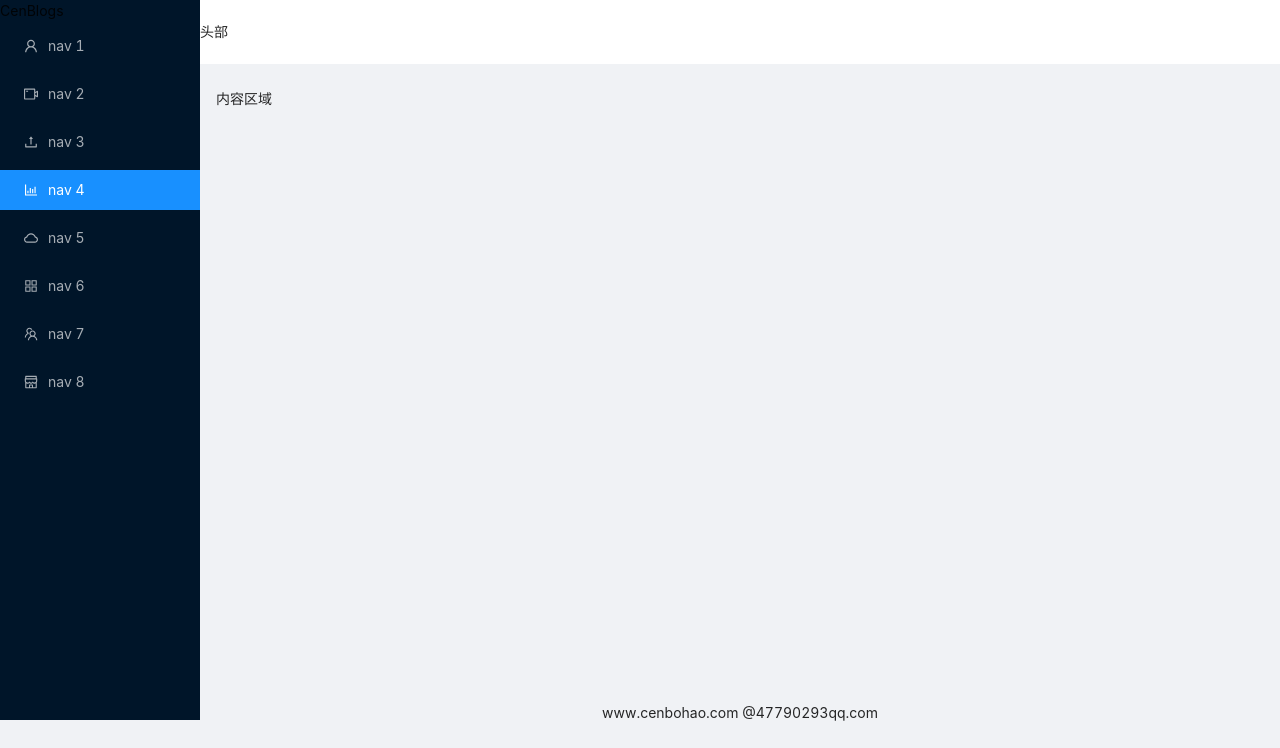
Repository: CBH20010703/BlogsAntd
Page: /
The author's editor kept a copy of each file at every save. The page is drawn from the files as they stood at one save, then again after the next save.
The browser window is 1280 px wide. The pictures show the whole page.
The project was rebuilt for these pictures with package versions that can differ from the ones it lists, and the page was loaded fresh each time. Also part of the build but not shown: src/view/Home/Home.css, src/view/404/Error.jsx.

Above is the page before, as saved 2021-06-20 22:45:53.

### src/index.js
import React from 'react';
import ReactDOM from 'react-dom';
import './index.css';
import App from './App';



ReactDOM.render(<App />,document.getElementById('root'));

### src/App.js
import './App.css';
import { React, Component } from "react";
import Headers from './component/Header/Headers';
import MenuList from './component/Menu/MenuList';
import Footers from './component/Footer/Footers';
import RouterMap from './router/RouterMap';
import { Layout} from 'antd';

const {  Content, Sider } = Layout;
export default class  App extends Component {
  constructor(props) {
    super(props);
    this.state = {  collapsed: false, }
  }
   toggle = () => {
    this.setState({
      collapsed: !this.state.collapsed,
    });
  };
  render() {
    return (
      <Layout>
    <Sider
      style={{
        overflow: 'auto',
        height: '100vh',
        position: 'fixed',
        left: 0,
      }}
    >
       <MenuList/>
    </Sider>
    <Layout className="site-layout" style={{ marginLeft: 200 }}>
      <Headers></Headers>
     <Content style={{ margin: '24px 16px 0', overflow: 'initial',height:"82vh" }}>
          <RouterMap />
      </Content>
      <Footers/>
    </Layout>
  </Layout>
    );
  }
}

### src/component/Header/Headers.jsx
import React, { Component } from 'react'
import { Layout } from 'antd';
import "./Headers.css"
const { Header } = Layout;
export default class Headers extends Component {
    render() {
        return (
            <div>
                <Header className="site-layout-background" style={{ padding: 0 }} > 头部</Header>
            </div>
        )
    }
}

### src/component/Menu/MenuList.jsx
import React, { Component } from 'react'
import { Menu } from 'antd';
import {
  AppstoreOutlined,
  BarChartOutlined,
  CloudOutlined,
  ShopOutlined,
  TeamOutlined,
  UserOutlined,
  UploadOutlined,
  VideoCameraOutlined,
} from '@ant-design/icons';
export default class MenuList extends Component {
    render() {
        return (
            <div>
          <div className="logo" >
            CenBlogs
          </div>
      <Menu theme="dark" mode="inline" defaultSelectedKeys={['4']}>
        <Menu.Item key="1" icon={<UserOutlined />}>
          nav 1
        </Menu.Item>
        <Menu.Item key="2" icon={<VideoCameraOutlined />}>
          nav 2
        </Menu.Item>
        <Menu.Item key="3" icon={<UploadOutlined />}>
          nav 3
        </Menu.Item>
        <Menu.Item key="4" icon={<BarChartOutlined />}>
          nav 4
        </Menu.Item>
        <Menu.Item key="5" icon={<CloudOutlined />}>
          nav 5
        </Menu.Item>
        <Menu.Item key="6" icon={<AppstoreOutlined />}>
          nav 6
        </Menu.Item>
        <Menu.Item key="7" icon={<TeamOutlined />}>
          nav 7
        </Menu.Item>
        <Menu.Item key="8" icon={<ShopOutlined />}>
          nav 8
        </Menu.Item>
      </Menu>
            </div>
        )
    }
}

### src/component/Footer/Footers.jsx
import React, { Component } from 'react'
import { Layout } from 'antd';
const {  Footer } = Layout;
export default class Footers extends Component {
    render() {
        return (
            <div>
               <Footer style={{ textAlign: 'center' }}>www.cenbohao.com @47790293qq.com</Footer>
            </div>
        )
    }
}

### src/router/RouterMap.js
import React from 'react'
import { HashRouter, Route, Switch} from 'react-router-dom'
import Home from "../view/Home/Home.jsx";
import Error from "../view/404/Error.jsx";
export default class RouterMap  extends React.Component {
    updateHandle() {
        console.log('每次router变化之后都会触发')
    }
    render() {
        return (
            <HashRouter>
                <Switch>
                    <Route exact path="/" component={Home} />
                    <Route  path="*" component={Error} />
               </Switch>
            </HashRouter>
        )
    }
}

### src/component/Header/Headers.css
.site-layout .site-layout-background {
    background: #fff;
}

 .trigger {
    padding: 0 24px;
    font-size: 18px;
    line-height: 64px;
    cursor: pointer;
    transition: color 0.3s;
}

 .trigger:hover {
    color: #1890ff;
}

### src/view/Home/Home.jsx
import React, { Component } from 'react'
import "./Home.css"
export default class Home extends Component {
      handleClick = e => {
    console.log('click ', e);
  };
    render() {
        return (
            <div >
                内容区域
            </div>
        )
    }
}

Loaded but not shown: public/index.html (common file); src/index.css (common file); src/App.css (common file)

After the next save:
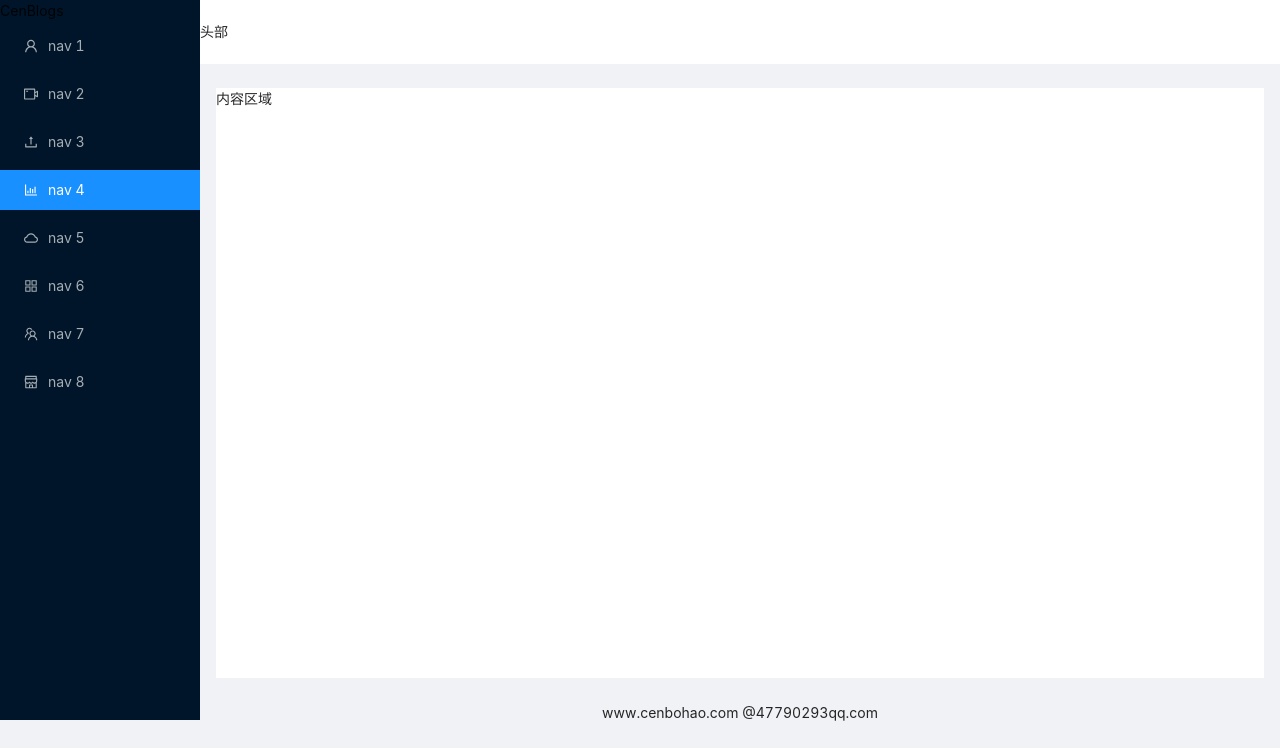
Saved 18 s later.
--- a/src/App.js
+++ b/src/App.js
@@ -32,7 +32,7 @@
     </Sider>
     <Layout className="site-layout" style={{ marginLeft: 200 }}>
       <Headers></Headers>
-     <Content style={{ margin: '24px 16px 0', overflow: 'initial',height:"82vh" }}>
+          <Content style={{ margin: '24px 16px 0', overflow: 'initial', height: "82vh", background:"#fff" }}>
           <RouterMap />
       </Content>
       <Footers/>
